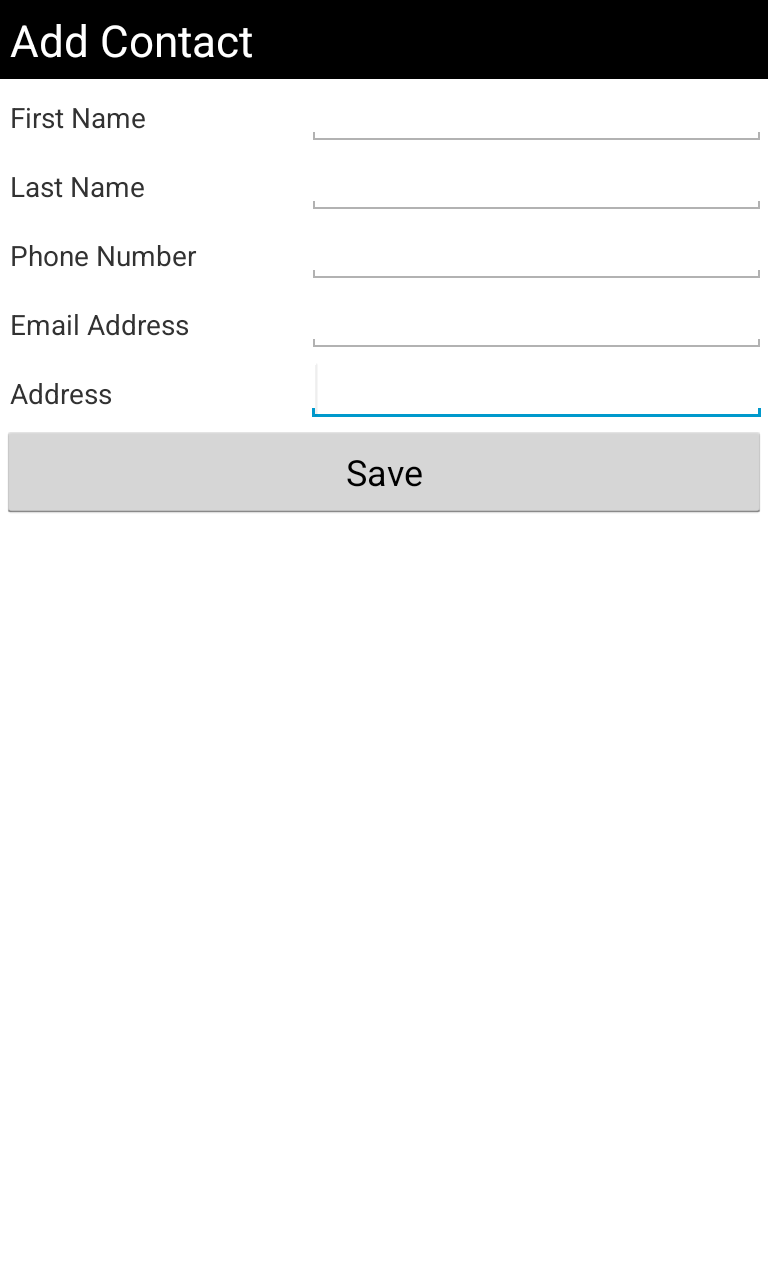
Repository: oscarhe/android-practices
Layout: AddressBookApp/res/layout/add_new_contact.xml
An editor plug-in stored every save of this project. The layout is shown before and after the next save, followed by the edit.
It is drawn on a 768 x 1280 px phone screen (xhdpi) without system bars, with theme AppTheme; the app's code is not run.

Above is the layout before, as saved 2013-07-01 20:46:54.

### AddressBookApp/res/layout/add_new_contact.xml
<?xml version="1.0" encoding="utf-8"?>
<TableLayout xmlns:android="http://schemas.android.com/apk/res/android"
    android:layout_width="match_parent"
    android:layout_height="match_parent" >

    <TableRow
        android:id="@+id/tableRow1"
        android:layout_width="match_parent"
        android:layout_height="wrap_content"
        android:background="#000" >

        <TextView
            android:id="@+id/addContactTextView"
            android:layout_width="match_parent"
            android:layout_height="wrap_content"
            android:padding="@dimen/padding_5dp"
            android:textAppearance="?android:attr/textAppearanceLarge"
            android:textColor="#FFF"
            android:text="@string/add_contact" />

    </TableRow>

    <TableRow
        android:id="@+id/tableRow2"
        android:layout_width="match_parent"
        android:layout_height="wrap_content" >

        <TextView
            android:id="@+id/firstNameTextView"
            android:layout_width="wrap_content"
            android:layout_height="wrap_content"
            android:layout_weight="1"
            android:padding="@dimen/padding_5dp"
            android:text="@string/first_name" />

        <EditText
            android:id="@+id/firstNameEditText"
            android:layout_width="wrap_content"
            android:layout_height="wrap_content"
            android:layout_weight="1"
            android:ems="10"
            android:inputType="textPersonName"
            android:padding="@dimen/padding_5dp" >

            <requestFocus />
        </EditText>

    </TableRow>

    <TableRow
        android:id="@+id/tableRow3"
        android:layout_width="match_parent"
        android:layout_height="wrap_content" >

        <TextView
            android:id="@+id/lastNameTextView"
            android:layout_width="wrap_content"
            android:layout_height="wrap_content"
            android:layout_weight="1"
            android:padding="@dimen/padding_5dp"
            android:text="@string/last_name" />

        <EditText
            android:id="@+id/lastNameEditText"
            android:layout_width="wrap_content"
            android:layout_height="wrap_content"
            android:layout_weight="1"
            android:ems="10"
            android:inputType="textPersonName"
            android:padding="@dimen/padding_5dp" >

            <requestFocus />
        </EditText>

    </TableRow>

    <TableRow
        android:id="@+id/tableRow4"
        android:layout_width="match_parent"
        android:layout_height="wrap_content" >

        <TextView
            android:id="@+id/phoneNumberTextView"
            android:layout_width="wrap_content"
            android:layout_height="wrap_content"
            android:layout_weight="1"
            android:padding="@dimen/padding_5dp"
            android:text="@string/phone_number" />

        <EditText
            android:id="@+id/phoneNumberEditText"
            android:layout_width="wrap_content"
            android:layout_height="wrap_content"
            android:layout_weight="1"
            android:ems="10"
            android:inputType="phone"
            android:padding="@dimen/padding_5dp" >

            <requestFocus />
        </EditText>

    </TableRow>

    <TableRow
        android:id="@+id/tableRow5"
        android:layout_width="match_parent"
        android:layout_height="wrap_content" >

        <TextView
            android:id="@+id/emailAddressTextView"
            android:layout_width="wrap_content"
            android:layout_height="wrap_content"
            android:layout_weight="1"
            android:padding="@dimen/padding_5dp"
            android:text="@string/email_address" />

        <EditText
            android:id="@+id/emailAddressEditText"
            android:layout_width="wrap_content"
            android:layout_height="wrap_content"
            android:layout_weight="1"
            android:ems="10"
            android:inputType="textEmailAddress"
            android:padding="@dimen/padding_5dp" >

            <requestFocus />
        </EditText>

    </TableRow>

    <TableRow
        android:id="@+id/tableRow6"
        android:layout_width="match_parent"
        android:layout_height="wrap_content" >

        <TextView
            android:id="@+id/homeAddressTextView"
            android:layout_width="wrap_content"
            android:layout_height="wrap_content"
            android:layout_weight="1"
            android:padding="@dimen/padding_5dp"
            android:text="@string/home_address" />

        <EditText
            android:id="@+id/homeAddressEditText"
            android:layout_width="wrap_content"
            android:layout_height="wrap_content"
            android:layout_weight="1"
            android:ems="10"
            android:inputType="text|textPostalAddress"
            android:padding="@dimen/padding_5dp" >

            <requestFocus />
        </EditText>

    </TableRow>

    <Button
        android:id="@+id/button1"
        android:layout_width="wrap_content"
        android:layout_height="wrap_content"
        android:text="@string/save_data" />

</TableLayout>

### AddressBookApp/res/values/dimens.xml
<resources>

    <!-- Default screen margins, per the Android Design guidelines. -->
    <dimen name="activity_horizontal_margin">16dp</dimen>
    <dimen name="activity_vertical_margin">16dp</dimen>
    <dimen name="padding_5dp">5dp</dimen>

</resources>

### AddressBookApp/res/values/strings.xml
<?xml version="1.0" encoding="utf-8"?>
<resources>

    <string name="app_name">Contact List</string>
    <string name="action_settings">Settings</string>

    <string name="add_contact">Add Contact</string>
    <string name="first_name">First Name</string>
    <string name="last_name">Last Name</string>
    <string name="phone_number">Phone Number</string>
    <string name="email_address">Email Address</string>
    <string name="home_address">Address</string>

    <string name="contacts_title">Contacts</string>
    <string name="add_button">ADD</string>
    <string name="save_data">Save</string>
    <string name="edit_contact_title">Edit Contact</string>
    <string name="edit_button">Edit</string>
    <string name="delete_button">Delete</string>

</resources>

Loaded but not shown: AddressBookApp/res/values/styles.xml (common file); AddressBookApp/res/values-v11/styles.xml (common file); AddressBookApp/res/values-v14/styles.xml (common file)

After the next save:
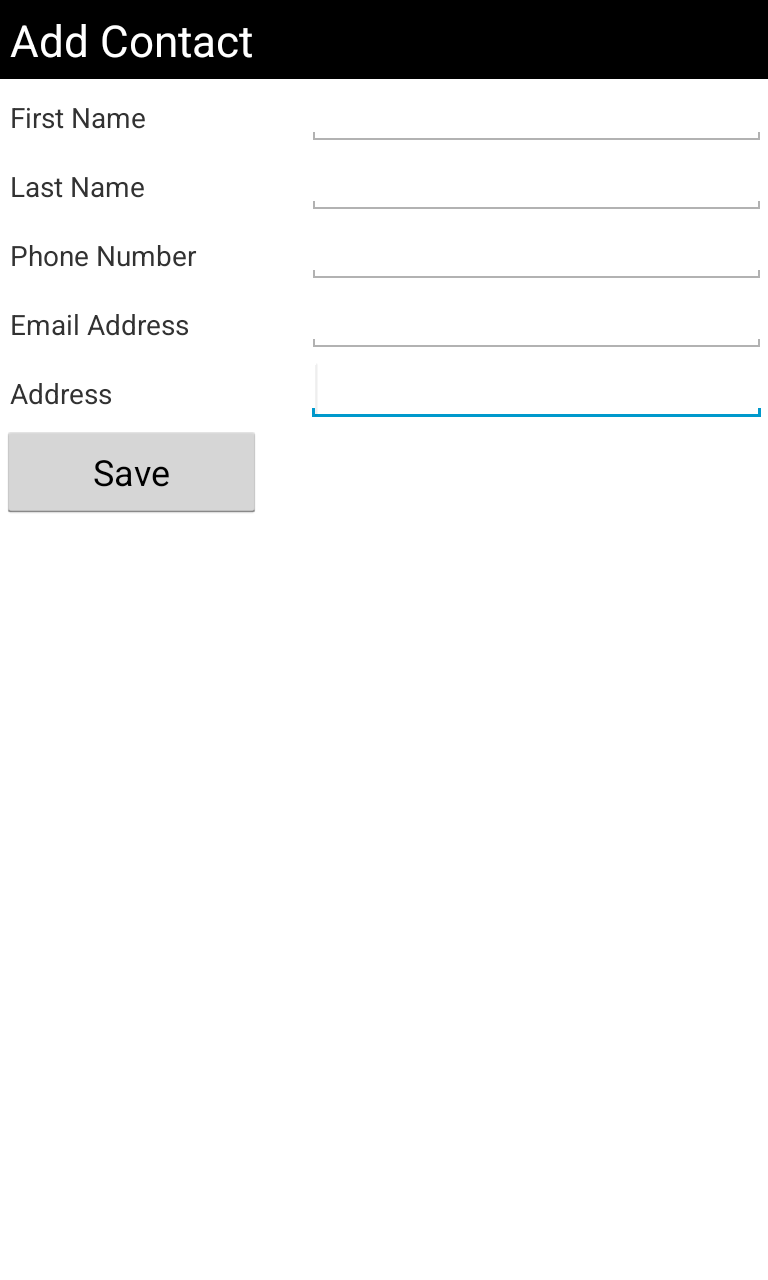
Saved 24 s later.
--- a/AddressBookApp/res/layout/add_new_contact.xml
+++ b/AddressBookApp/res/layout/add_new_contact.xml
@@ -155,10 +155,17 @@
 
     </TableRow>
 
-    <Button
-        android:id="@+id/button1"
+    <TableRow
+        android:id="@+id/tableRow7"
         android:layout_width="wrap_content"
-        android:layout_height="wrap_content"
-        android:text="@string/save_data" />
+        android:layout_height="wrap_content" >
+
+        <Button
+            android:id="@+id/button1"
+            android:layout_width="wrap_content"
+            android:layout_height="wrap_content"
+            android:text="@string/save_data" />
+
+    </TableRow>
 
 </TableLayout>

After the 4 saves that followed:
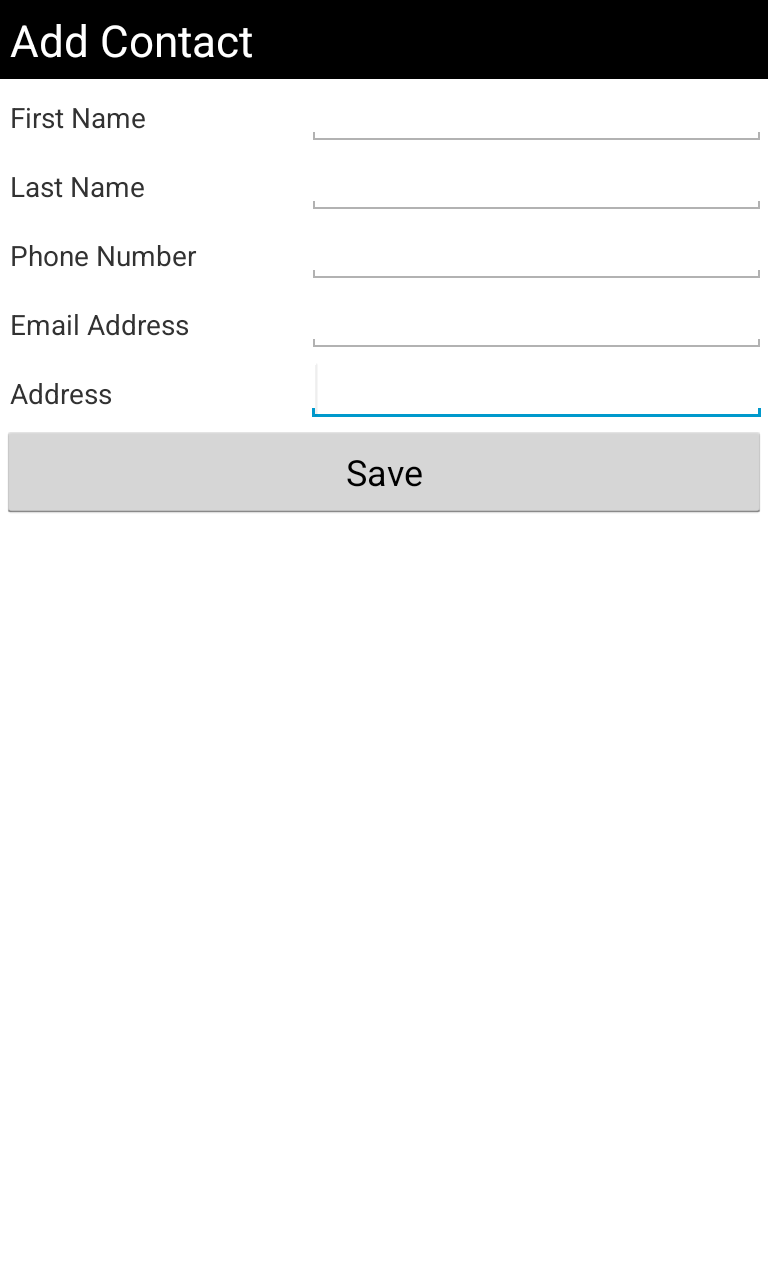
The 4 saves are shown as one change because 3 left the picture as it was.
The last was saved 71 s later.
--- a/AddressBookApp/res/layout/add_new_contact.xml
+++ b/AddressBookApp/res/layout/add_new_contact.xml
@@ -157,13 +157,15 @@
 
     <TableRow
         android:id="@+id/tableRow7"
-        android:layout_width="wrap_content"
+        android:layout_width="match_parent"
         android:layout_height="wrap_content" >
 
         <Button
-            android:id="@+id/button1"
+            android:id="@+id/addButton"
             android:layout_width="wrap_content"
             android:layout_height="wrap_content"
+            android:onClick="addNewContact"
+            android:layout_weight="1"
             android:text="@string/save_data" />
 
     </TableRow>
